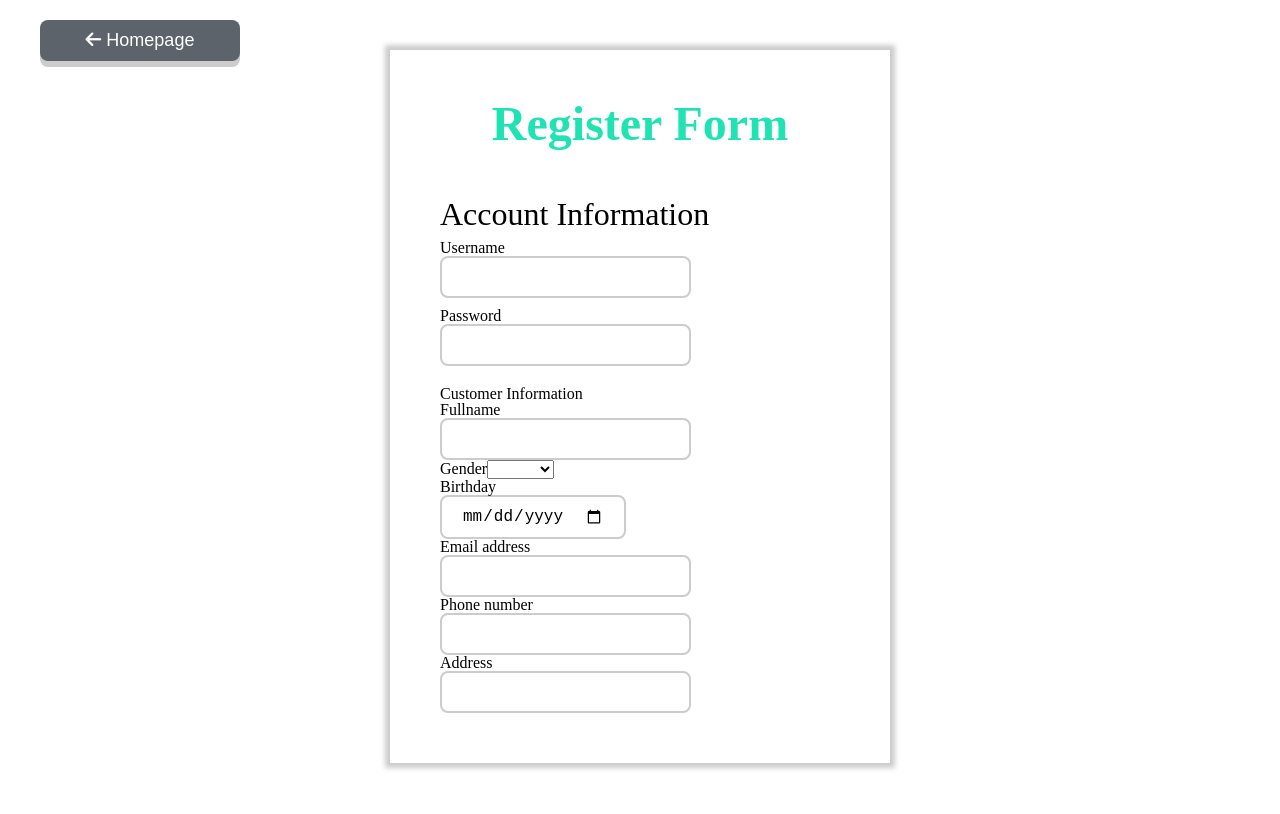
Repository: Trung0810/btl_cnpm_fe
Page: /
These files come from the project's save history. The page is drawn as it stood at one moment and after the next save; the edit follows.
The browser window is 1280 px wide. The pictures show the whole page.
The project was rebuilt for these pictures with package versions that can differ from the ones it lists, and the page was loaded fresh each time. Also part of the build but not shown: src/components/header/header.css, src/components/header/Header.js, src/components/footer/Footer.css, src/components/footer/Footer.js, src/components/shoes_list/ShoesCard.css, src/components/shoes_list/ShoesCard.js, src/components/shoes_list/ShoesList.css, src/components/shoes_list/ShoesList.js and 17 more.

Above is the page before, as saved 2026-03-31 13:36:21.

### public/index.html
<!doctype html>
<html lang="en">
  <head>
    <meta charset="utf-8" />
    <link rel="icon" href="%PUBLIC_URL%/favicon.ico" />
    <meta name="viewport" content="width=device-width, initial-scale=1" />
    <meta name="theme-color" content="#000000" />
    <meta
      name="description"
      content="Web site created using create-react-app"
    />
    <link rel="apple-touch-icon" href="%PUBLIC_URL%/logo192.png" />
    <!--
      manifest.json provides metadata used when your web app is installed on a
      user's mobile device or desktop. See https://developers.google.com/web/fundamentals/web-app-manifest/
    -->
    <link rel="manifest" href="%PUBLIC_URL%/manifest.json" />
    <!--
      Notice the use of %PUBLIC_URL% in the tags above.
      It will be replaced with the URL of the `public` folder during the build.
      Only files inside the `public` folder can be referenced from the HTML.

      Unlike "/favicon.ico" or "favicon.ico", "%PUBLIC_URL%/favicon.ico" will
      work correctly both with client-side routing and a non-root public URL.
      Learn how to configure a non-root public URL by running `npm run build`.
    -->
    <link rel="preconnect" href="https://fonts.googleapis.com" />
    <link rel="preconnect" href="https://fonts.gstatic.com" crossorigin />
    <link
      href="https://fonts.googleapis.com/css2?family=DM+Sans:ital,opsz,wght@0,9..40,100..1000;1,9..40,100..1000&family=Oswald:wght@200..700&display=swap"
      rel="stylesheet"
    />
    <title>React App</title>
  </head>
  <body>
    <noscript>You need to enable JavaScript to run this app.</noscript>
    <div id="root"></div>
    <!--
      This HTML file is a template.
      If you open it directly in the browser, you will see an empty page.

      You can add webfonts, meta tags, or analytics to this file.
      The build step will place the bundled scripts into the <body> tag.

      To begin the development, run `npm start` or `yarn start`.
      To create a production bundle, use `npm run build` or `yarn build`.
    -->
  </body>
</html>

### src/index.js
import React from "react";
import ReactDOM from "react-dom/client";
import App from "./App";
import reportWebVitals from "./reportWebVitals";
import "./index.css";
import "./reset.css";
import "@fortawesome/fontawesome-free/css/all.min.css";

const root = ReactDOM.createRoot(document.getElementById("root"));
root.render(
  <React.StrictMode>
    <App />
  </React.StrictMode>,
);

// If you want to start measuring performance in your app, pass a function
// to log results (for example: reportWebVitals(console.log))
// or send to an analytics endpoint. Learn more: https://bit.ly/CRA-vitals
reportWebVitals();

### src/App.js
import { Fragment } from "react";
import Header from "./components/header/Header";
import Footer from "./components/footer/Footer";
import HomePage from "./components/home_page/HomePage";
import ShoesPage from "./components/shoes_page/ShoesPage";
import LoginForm from "./components/login_form/LoginForm";
import LoginPage from "./components/login_page/LoginPage";
import RegisterPage from "./components/register_page/RegisterPage";
import "./App.css";

function App() {
  return (
    <Fragment>
      {/* <Header></Header> */}
      {/* <HomePage></HomePage> */}
      {/* <ShoesPage></ShoesPage> */}
      {/* <Footer></Footer> */}
      {/* <LoginPage></LoginPage> */}
      <RegisterPage></RegisterPage>
    </Fragment>
  );
}

export default App;

### src/index.css
body {
  margin: 0;
  font-family:
    -apple-system, BlinkMacSystemFont, "Segoe UI", "Roboto", "Oxygen", "Ubuntu",
    "Cantarell", "Fira Sans", "Droid Sans", "Helvetica Neue", sans-serif;
  -webkit-font-smoothing: antialiased;
  -moz-osx-font-smoothing: grayscale;
  font-family: "DM Sans", sans-serif;
}
body::-webkit-scrollbar {
  display: none;
}
code {
  font-family:
    source-code-pro, Menlo, Monaco, Consolas, "Courier New", monospace;
}
* {
  box-sizing: border-box;
}

### src/components/register_page/RegisterPage.js
import React, { Fragment } from "react";
import RegisterForm from "../register_form/RegisterForm";

const RegisterPage = () => {
  return (
    <Fragment>
      <button
        style={{
          backgroundColor: "#5C636A",
          color: "#fff",
          position: "absolute",
          top: "20px",
          left: "40px",
        }}
      >
        <i className="fa fa-arrow-left"></i> Homepage
      </button>
      <RegisterForm></RegisterForm>
    </Fragment>
  );
};

export default RegisterPage;

### src/App.css
input {
  display: block;
  font-size: 16px;
  font-weight: 500;
  padding: 10px 20px;
  border: 2px solid #ccc;
  border-radius: 8px;
  outline: none;
}
input:focus {
  border-color: #20e3b4;
}
button {
  display: block;
  width: 200px;
  padding: 10px 30px;
  font-size: 18px;
  font-weight: 500;
  border-radius: 8px;
  border: none;
  outline: none;
  cursor: pointer;
  box-shadow: 0 6px 0 0 #ccc;
  transition: all 0.25s linear;
}
button:active {
  box-shadow: 0 3px 0 0 #ccc;
  transform: translateY(3px);
}

### src/components/register_form/RegisterForm.js
import React from "react";
import "./RegisterForm.css";

const RegisterForm = () => {
  return (
    <form className="register-form">
      <h2 className="register-title">Register Form</h2>
      <div className="register-account">
        <h3>Account Information</h3>
        <div className="register-form-wrapper">
          <label htmlFor="username">Username</label>
          <input type="text" name="username" id="username" />
        </div>
        <div className="register-form-wrapper">
          <label htmlFor="password">Password</label>
          <input type="text" name="password" id="password" />
        </div>
      </div>
      <div className="register-infor">
        <h3>Customer Information</h3>
        <div className="register-form-wrapper">
          <label htmlFor="fullname">Fullname</label>
          <input type="text" name="fullname" id="fullname" />
        </div>
        <div className="register-form-wrapper">
          <label htmlFor="gender">Gender</label>
          <select name="gender" id="gender">
            <option value=""></option>
            <option value="Male">Male</option>
            <option value="Female">Female</option>
            <option value="Other">Other</option>
          </select>
        </div>
        <div className="register-form-wrapper">
          <label htmlFor="date">Birthday</label>
          <input type="date" name="date" id="date" />
        </div>
        <div className="register-form-wrapper">
          <label htmlFor="email">Email address</label>
          <input type="email" name="email" id="email" />
        </div>
        <div className="register-form-wrapper">
          <label htmlFor="phone">Phone number</label>
          <input type="phone" name="phone" id="phone" />
        </div>
        <div className="register-form-wrapper">
          <label htmlFor="address">Address</label>
          <input type="text" name="address" id="address" />
        </div>
      </div>
    </form>
  );
};

export default RegisterForm;

### src/components/register_form/RegisterForm.css
.register-form {
  width: 500px;
  padding: 50px;
  margin: 50px auto;
  box-shadow: 0 0 5px 5px #ccc;
  user-select: none;
}
.register-title {
  font-size: 48px;
  font-weight: bold;
  color: #20e3b4;
  text-align: center;
  margin-bottom: 50px;
}
.register-account {
  display: flex;
  flex-direction: column;
  row-gap: 10px;
  margin-bottom: 20px;
}
.register-account h3 {
  font-size: 32px;
}

Loaded but not shown: src/reportWebVitals.js (common file); src/reset.css (common file)

After the next save:
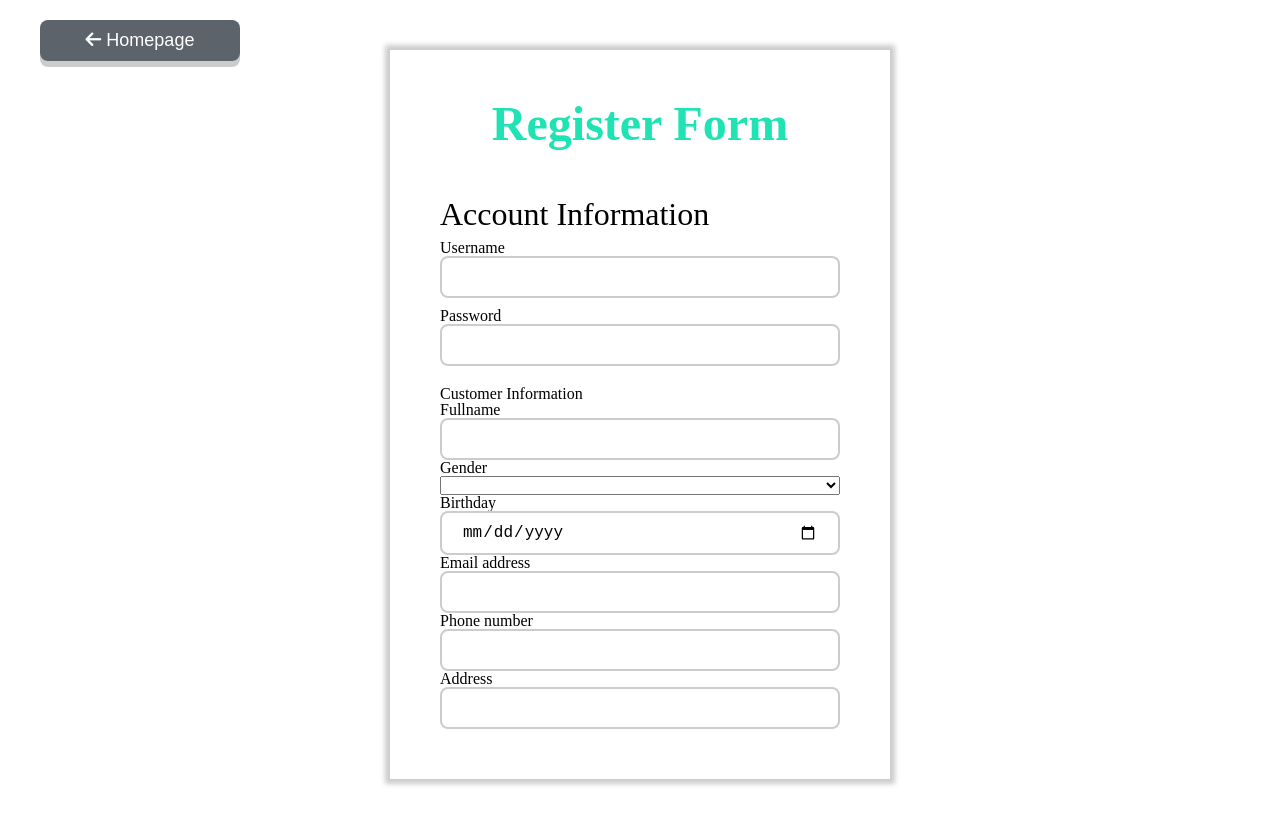
Saved 26 s later.
--- a/src/components/register_form/RegisterForm.css
+++ b/src/components/register_form/RegisterForm.css
@@ -21,3 +21,7 @@
 .register-account h3 {
   font-size: 32px;
 }
+.register-form-wrapper {
+  display: flex;
+  flex-direction: column;
+}
